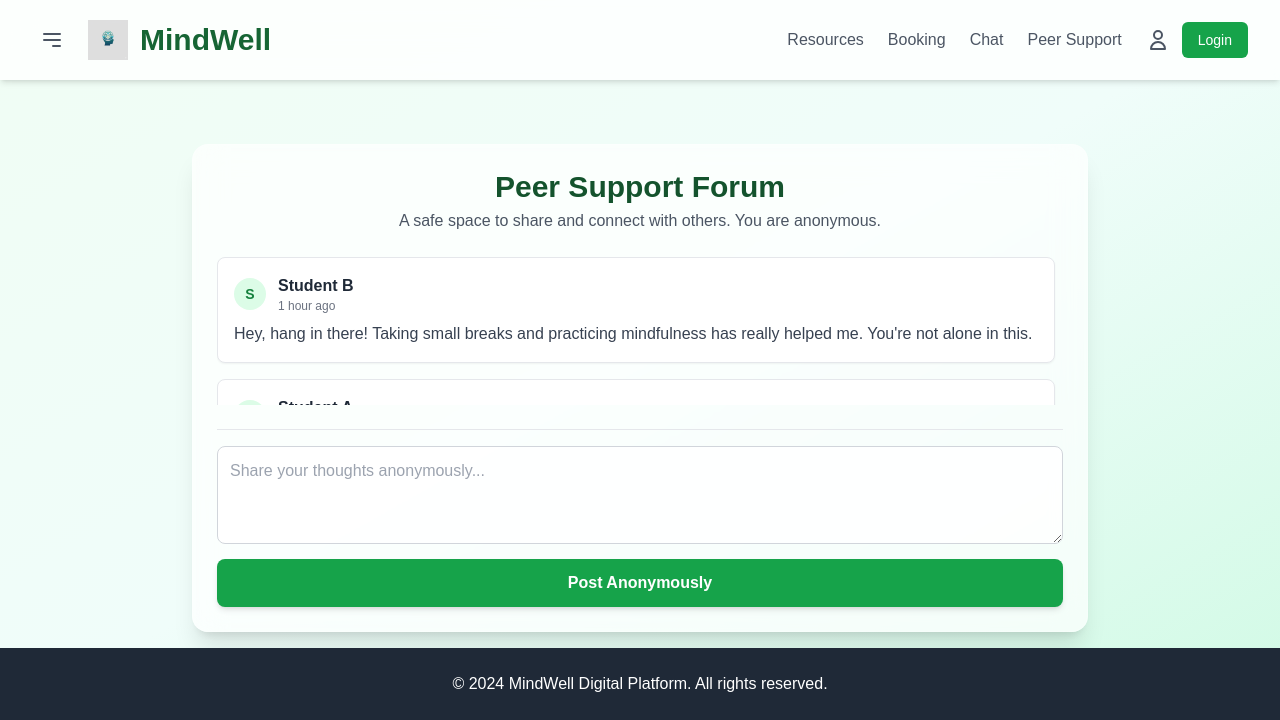
Repository: alokse24b01025/mentalhealth-project-sih-
Page: /peer-support (app in p1/)
These files come from the project's save history. The page is drawn as it stood at one moment and after the next save; the edit follows.
The browser window is 1280 px wide. The pictures show the whole page.
The project was rebuilt for these pictures with package versions that can differ from the ones it lists, and the page was loaded fresh each time. Also part of the build but not shown: p1/vite.config.js, p1/src/pages/HomePage.jsx, p1/src/components/Chatbot.jsx, p1/src/pages/ChatPage.jsx, p1/src/components/ResourceCard.jsx, p1/src/data/mockResources.js, p1/src/pages/ResourcesPage.jsx, p1/src/data/mockCounselors.js and 3 more.

Above is the page before, as saved 2025-09-10 12:40:05.

### p1/index.html
<!doctype html>
<html lang="en">
  <head>
    <meta charset="UTF-8" />
    <link rel="icon" type="image/svg+xml" href="/logo.png" />
    <meta name="viewport" content="width=device-width, initial-scale=1.0" />
    <title>MINDwell</title>
  </head>
  <body>
    <div id="root"></div>
    <script type="module" src="/src/main.jsx"></script>
  </body>
</html>

### p1/src/index.css
@tailwind base;
@tailwind components;
@tailwind utilities;

body {
  font-family: Arial, sans-serif;
  -webkit-font-smoothing: antialiased;
  -moz-osx-font-smoothing: grayscale;
}

### p1/src/pages/PeerSupportPage.jsx
import React from 'react';
import Header from '../components/Header';
import Footer from '../components/Footer';
import PeerSupport from '../components/PeerSupport';

const PeerSupportPage = () => {
  return (
    // This creates a full-height, vertical layout for the entire page
    <div className="h-screen flex flex-col bg-gradient-to-br from-green-50 via-teal-50 to-emerald-100">
      <Header />

      {/* This main section takes up all remaining space and centers its content */}
      <main className="flex-1 w-full flex flex-col items-center p-4 pt-36 overflow-hidden">

        {/* This container holds the Peer Support UI and fills the main area without overflowing */}
        <div className="w-full max-w-4xl flex-1 flex flex-col min-h-0">

          {/* The PeerSupport component will now be fully visible and fill the available space */}
          <PeerSupport />

        </div>
      </main>

      <Footer />
    </div>
  );
};

export default PeerSupportPage;

### p1/src/components/Header.jsx
import React, { useState, useRef, useEffect } from 'react';
import { Link, NavLink } from 'react-router-dom';
import logo from '../assets/logo.png';
import { useAuth } from '../AuthContext';

const Header = () => {
  const { currentUser, logout } = useAuth();
  const [isLoggingOut, setIsLoggingOut] = useState(false);
  const [isMenuOpen, setIsMenuOpen] = useState(false);
  const menuRef = useRef(null);

  // Effect to close the menu when clicking outside of it
  useEffect(() => {
    function handleClickOutside(event) {
      if (menuRef.current && !menuRef.current.contains(event.target)) {
        setIsMenuOpen(false);
      }
    }
    document.addEventListener("mousedown", handleClickOutside);
    return () => {
      document.removeEventListener("mousedown", handleClickOutside);
    };
  }, [menuRef]);

  const handleLogout = async () => {
    setIsLoggingOut(true);
    try {
      await logout();
      setIsMenuOpen(false);
    } catch (error) {
      console.error("Failed to log out:", error);
    } finally {
      setIsLoggingOut(false);
    }
  };

  const profileIcon = (
    <svg xmlns="http://www.w3.org/2000/svg" className="h-6 w-6" fill="none" viewBox="0 0 24" stroke="currentColor" strokeWidth={2}>
      <path strokeLinecap="round" strokeLinejoin="round" d="M16 7a4 4 0 11-8 0 4 4 0 018 0zM12 14a7 7 0 00-7 7h14a7 7 0 00-7-7z" />
    </svg>
  );

  const desktopLinkClass = "text-gray-600 hover:text-green-600 transition-colors";

  return (
    <header className="bg-white/80 backdrop-blur-lg shadow-md fixed top-0 w-full z-50">
      <div className="max-w-7xl mx-auto px-4 sm:px-6 lg:px-8">
        <div className="flex justify-between items-center h-20">

          {/* Left Side: Hamburger Menu, Logo, and Brand Name */}
          <div className="flex items-center gap-x-4">
            {/* Hamburger Button and Dropdown Menu (for future options) */}
            <div className="relative" ref={menuRef}>
              <button onClick={() => setIsMenuOpen(!isMenuOpen)} className="p-2 rounded-md text-gray-600 hover:bg-gray-100 focus:outline-none">
                <svg xmlns="http://www.w3.org/2000/svg" className="h-6 w-6" fill="none" viewBox="0 0 24 24" stroke="currentColor">
                  <path strokeLinecap="round" strokeLinejoin="round" strokeWidth={2} d="M4 6h16M4 12h16m-7 6h7" />
                </svg>
              </button>

              {/* Dropdown Menu Panel - Placeholder for now */}
              {isMenuOpen && (
                <div className="absolute top-14 left-0 w-64 bg-white/95 backdrop-blur-lg border border-gray-200 rounded-lg shadow-xl py-4 px-4">
                  <p className="text-center text-gray-500">More options will be added here soon.</p>
                </div>
              )}
            </div>

            {/* Logo and Brand */}
            <Link to="/" className="flex items-center gap-x-3">
              <img src={logo} alt="MindWell Logo" className="h-10 w-auto" />
              <span className="text-3xl font-bold text-green-800 hidden sm:block">MindWell</span>
            </Link>
          </div>

          {/* Right side: Nav Links and Auth Buttons */}
          <div className="flex items-center">
            {/* Desktop Navigation Links - hidden on small screens */}
            <nav className="hidden md:flex items-center space-x-6 mr-6">
              <NavLink to="/resources" className={desktopLinkClass}>Resources</NavLink>
              <NavLink to="/booking" className={desktopLinkClass}>Booking</NavLink>
              <NavLink to="/chat" className={desktopLinkClass}>Chat</NavLink>
              <NavLink to="/peer-support" className={desktopLinkClass}>Peer Support</NavLink>
            </nav>

            {/* Auth Buttons */}
            <div className="flex items-center space-x-3">
              {currentUser ? (
                <div className="flex items-center space-x-3">
                  <span className="text-gray-600">{profileIcon}</span>
                  <button onClick={handleLogout} disabled={isLoggingOut} className={`text-white px-4 py-2 text-sm rounded-md transition-colors ${isLoggingOut ? 'bg-red-300 cursor-not-allowed' : 'bg-red-500 hover:bg-red-600'}`}>
                    {isLoggingOut ? '...' : 'Logout'}
                  </button>
                </div>
              ) : (
                <div className="flex items-center space-x-3">
                  <Link to="/login" className="text-gray-600 hover:text-green-600">{profileIcon}</Link>
                  <Link to="/login" className="bg-green-600 text-white px-4 py-2 text-sm rounded-md hover:bg-green-700 transition-colors">Login</Link>
                </div>
              )}
            </div>
          </div>
        </div>
      </div>
    </header>
  );
};

export default Header;

### p1/src/components/Footer.jsx
import React from 'react';

const Footer = () => {
  return (
    <footer className="bg-gray-800 text-white p-6 text-center">
      <p>&copy; 2024 MindWell Digital Platform. All rights reserved.</p>
    </footer>
  );
};
export default Footer;

Loaded but not shown: p1/src/main.jsx (common file); p1/tailwind.config.js (common file); p1/src/firebase.js (18 lines, source omitted); p1/src/components/PeerSupport.jsx (101 lines, source omitted); p1/src/App.jsx (33 lines, source omitted); p1/src/AuthContext.jsx (48 lines, source omitted)

After the next save:
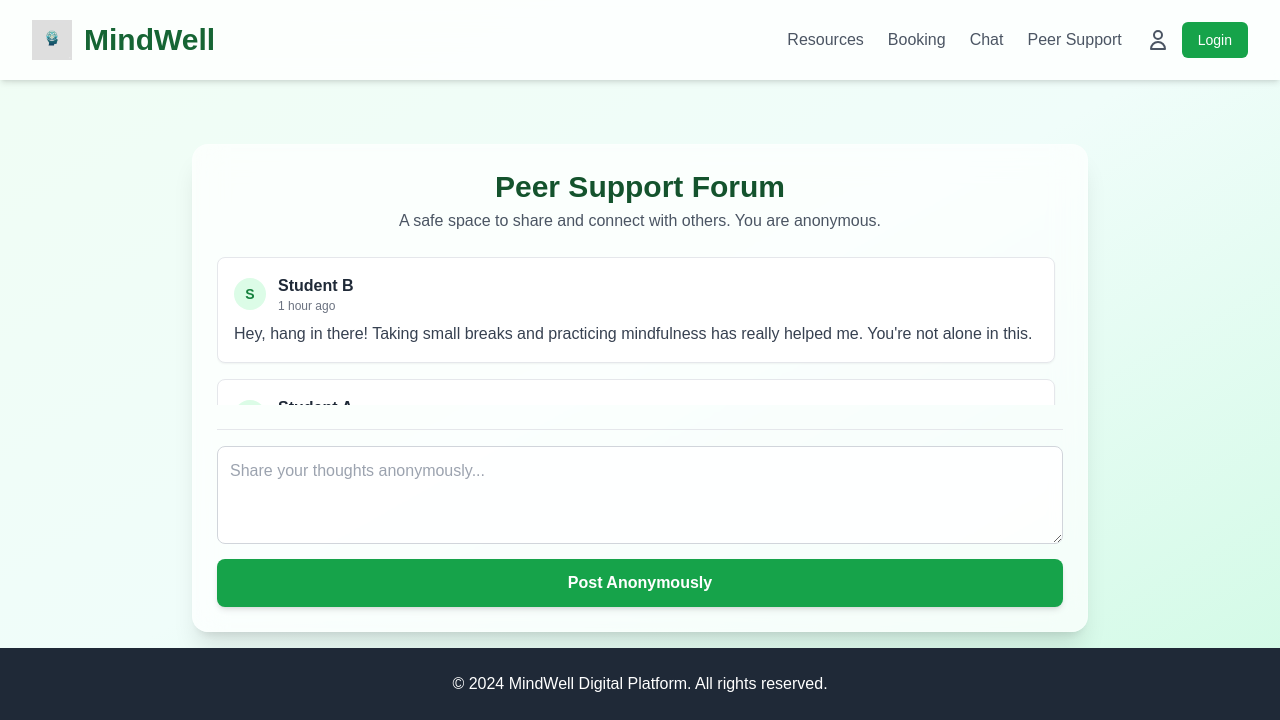
Saved 2 min 49 s later.
--- a/p1/src/components/Header.jsx
+++ b/p1/src/components/Header.jsx
@@ -6,10 +6,10 @@
 const Header = () => {
   const { currentUser, logout } = useAuth();
   const [isLoggingOut, setIsLoggingOut] = useState(false);
-  const [isMenuOpen, setIsMenuOpen] = useState(false);
+  const [isMenuOpen, setIsMenuOpen] = useState(false); // State for mobile menu
   const menuRef = useRef(null);
 
-  // Effect to close the menu when clicking outside of it
+  // Effect to close the mobile menu when clicking outside of it
   useEffect(() => {
     function handleClickOutside(event) {
       if (menuRef.current && !menuRef.current.contains(event.target)) {
@@ -17,16 +17,14 @@
       }
     }
     document.addEventListener("mousedown", handleClickOutside);
-    return () => {
-      document.removeEventListener("mousedown", handleClickOutside);
-    };
+    return () => document.removeEventListener("mousedown", handleClickOutside);
   }, [menuRef]);
 
   const handleLogout = async () => {
     setIsLoggingOut(true);
     try {
       await logout();
-      setIsMenuOpen(false);
+      setIsMenuOpen(false); // Close menu on logout
     } catch (error) {
       console.error("Failed to log out:", error);
     } finally {
@@ -40,50 +38,38 @@
     </svg>
   );
 
+  const NavLinks = ({ isMobile = false }) => (
+    <>
+      <NavLink to="/resources" className={isMobile ? mobileLinkClass : desktopLinkClass} onClick={() => setIsMenuOpen(false)}>Resources</NavLink>
+      <NavLink to="/booking" className={isMobile ? mobileLinkClass : desktopLinkClass} onClick={() => setIsMenuOpen(false)}>Booking</NavLink>
+      <NavLink to="/chat" className={isMobile ? mobileLinkClass : desktopLinkClass} onClick={() => setIsMenuOpen(false)}>Chat</NavLink>
+      <NavLink to="/peer-support" className={isMobile ? mobileLinkClass : desktopLinkClass} onClick={() => setIsMenuOpen(false)}>Peer Support</NavLink>
+    </>
+  );
+
   const desktopLinkClass = "text-gray-600 hover:text-green-600 transition-colors";
+  const mobileLinkClass = "block py-2 text-lg text-gray-700 hover:bg-green-50 rounded-md px-4";
 
   return (
     <header className="bg-white/80 backdrop-blur-lg shadow-md fixed top-0 w-full z-50">
       <div className="max-w-7xl mx-auto px-4 sm:px-6 lg:px-8">
         <div className="flex justify-between items-center h-20">
-
-          {/* Left Side: Hamburger Menu, Logo, and Brand Name */}
-          <div className="flex items-center gap-x-4">
-            {/* Hamburger Button and Dropdown Menu (for future options) */}
-            <div className="relative" ref={menuRef}>
-              <button onClick={() => setIsMenuOpen(!isMenuOpen)} className="p-2 rounded-md text-gray-600 hover:bg-gray-100 focus:outline-none">
-                <svg xmlns="http://www.w3.org/2000/svg" className="h-6 w-6" fill="none" viewBox="0 0 24 24" stroke="currentColor">
-                  <path strokeLinecap="round" strokeLinejoin="round" strokeWidth={2} d="M4 6h16M4 12h16m-7 6h7" />
-                </svg>
-              </button>
-
-              {/* Dropdown Menu Panel - Placeholder for now */}
-              {isMenuOpen && (
-                <div className="absolute top-14 left-0 w-64 bg-white/95 backdrop-blur-lg border border-gray-200 rounded-lg shadow-xl py-4 px-4">
-                  <p className="text-center text-gray-500">More options will be added here soon.</p>
-                </div>
-              )}
-            </div>
-
-            {/* Logo and Brand */}
+          {/* Left Side: Logo and Brand Name */}
+          <div className="flex-shrink-0">
             <Link to="/" className="flex items-center gap-x-3">
               <img src={logo} alt="MindWell Logo" className="h-10 w-auto" />
-              <span className="text-3xl font-bold text-green-800 hidden sm:block">MindWell</span>
+              <span className="text-3xl font-bold text-green-800">MindWell</span>
             </Link>
           </div>
 
-          {/* Right side: Nav Links and Auth Buttons */}
+          {/* Right side: Desktop Nav, Auth Buttons & Mobile Menu Button */}
           <div className="flex items-center">
-            {/* Desktop Navigation Links - hidden on small screens */}
+            {/* Desktop Navigation */}
             <nav className="hidden md:flex items-center space-x-6 mr-6">
-              <NavLink to="/resources" className={desktopLinkClass}>Resources</NavLink>
-              <NavLink to="/booking" className={desktopLinkClass}>Booking</NavLink>
-              <NavLink to="/chat" className={desktopLinkClass}>Chat</NavLink>
-              <NavLink to="/peer-support" className={desktopLinkClass}>Peer Support</NavLink>
+              <NavLinks />
             </nav>
-
-            {/* Auth Buttons */}
-            <div className="flex items-center space-x-3">
+            {/* Desktop Auth Buttons */}
+            <div className="hidden md:flex items-center space-x-3">
               {currentUser ? (
                 <div className="flex items-center space-x-3">
                   <span className="text-gray-600">{profileIcon}</span>
@@ -98,6 +84,40 @@
                 </div>
               )}
             </div>
+
+            {/* Mobile Menu (Hamburger) Button */}
+            <div className="md:hidden" ref={menuRef}>
+              <button onClick={() => setIsMenuOpen(!isMenuOpen)} className="p-2 rounded-md text-gray-600 hover:bg-gray-100 focus:outline-none">
+                <svg xmlns="http://www.w3.org/2000/svg" className="h-6 w-6" fill="none" viewBox="0 0 24" stroke="currentColor">
+                  <path strokeLinecap="round" strokeLinejoin="round" strokeWidth={2} d={isMenuOpen ? "M6 18L18 6M6 6l12 12" : "M4 6h16M4 12h16m-7 6h7"} />
+                </svg>
+              </button>
+              {/* Mobile Menu Panel */}
+              {isMenuOpen && (
+                <div className="absolute top-20 right-4 w-64 bg-white/95 backdrop-blur-lg border border-gray-200 rounded-lg shadow-xl py-2">
+                  <div className="px-2 pt-2 pb-3 space-y-1 sm:px-3">
+                    <NavLinks isMobile={true} />
+                    <div className="border-t border-gray-200 mt-4 pt-4">
+                      {currentUser ? (
+                        <div className="flex items-center justify-between px-4">
+                           <div className="flex items-center gap-2">
+                            <span className="text-gray-600">{profileIcon}</span>
+                            <span className="text-base font-medium text-gray-700">Profile</span>
+                          </div>
+                          <button onClick={handleLogout} disabled={isLoggingOut} className={`text-white px-4 py-2 text-sm rounded-md transition-colors ${isLoggingOut ? 'bg-red-300 cursor-not-allowed' : 'bg-red-500 hover:bg-red-600'}`}>
+                            {isLoggingOut ? '...' : 'Logout'}
+                          </button>
+                        </div>
+                      ) : (
+                        <Link to="/login" onClick={() => setIsMenuOpen(false)} className="flex items-center justify-center bg-green-600 text-white px-4 py-2 text-base rounded-md hover:bg-green-700 transition-colors">
+                          Login
+                        </Link>
+                      )}
+                    </div>
+                  </div>
+                </div>
+              )}
+            </div>
           </div>
         </div>
       </div>

After the save that followed:
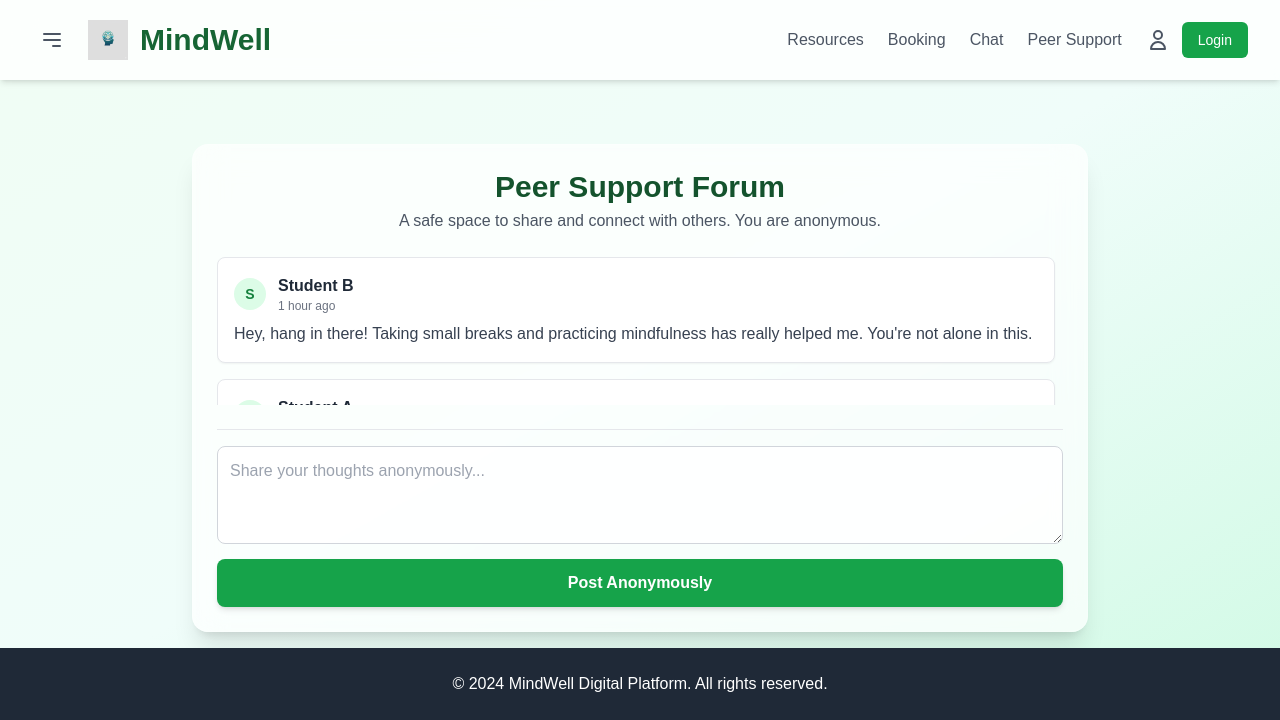
Saved 11 s later.
--- a/p1/src/components/Header.jsx
+++ b/p1/src/components/Header.jsx
@@ -6,10 +6,10 @@
 const Header = () => {
   const { currentUser, logout } = useAuth();
   const [isLoggingOut, setIsLoggingOut] = useState(false);
-  const [isMenuOpen, setIsMenuOpen] = useState(false); // State for mobile menu
+  const [isMenuOpen, setIsMenuOpen] = useState(false);
   const menuRef = useRef(null);
 
-  // Effect to close the mobile menu when clicking outside of it
+  // Effect to close the menu when clicking outside of it
   useEffect(() => {
     function handleClickOutside(event) {
       if (menuRef.current && !menuRef.current.contains(event.target)) {
@@ -17,14 +17,16 @@
       }
     }
     document.addEventListener("mousedown", handleClickOutside);
-    return () => document.removeEventListener("mousedown", handleClickOutside);
+    return () => {
+      document.removeEventListener("mousedown", handleClickOutside);
+    };
   }, [menuRef]);
 
   const handleLogout = async () => {
     setIsLoggingOut(true);
     try {
       await logout();
-      setIsMenuOpen(false); // Close menu on logout
+      setIsMenuOpen(false);
     } catch (error) {
       console.error("Failed to log out:", error);
     } finally {
@@ -38,38 +40,50 @@
     </svg>
   );
 
-  const NavLinks = ({ isMobile = false }) => (
-    <>
-      <NavLink to="/resources" className={isMobile ? mobileLinkClass : desktopLinkClass} onClick={() => setIsMenuOpen(false)}>Resources</NavLink>
-      <NavLink to="/booking" className={isMobile ? mobileLinkClass : desktopLinkClass} onClick={() => setIsMenuOpen(false)}>Booking</NavLink>
-      <NavLink to="/chat" className={isMobile ? mobileLinkClass : desktopLinkClass} onClick={() => setIsMenuOpen(false)}>Chat</NavLink>
-      <NavLink to="/peer-support" className={isMobile ? mobileLinkClass : desktopLinkClass} onClick={() => setIsMenuOpen(false)}>Peer Support</NavLink>
-    </>
-  );
-
   const desktopLinkClass = "text-gray-600 hover:text-green-600 transition-colors";
-  const mobileLinkClass = "block py-2 text-lg text-gray-700 hover:bg-green-50 rounded-md px-4";
 
   return (
     <header className="bg-white/80 backdrop-blur-lg shadow-md fixed top-0 w-full z-50">
       <div className="max-w-7xl mx-auto px-4 sm:px-6 lg:px-8">
         <div className="flex justify-between items-center h-20">
-          {/* Left Side: Logo and Brand Name */}
-          <div className="flex-shrink-0">
+
+          {/* Left Side: Hamburger Menu, Logo, and Brand Name */}
+          <div className="flex items-center gap-x-4">
+            {/* Hamburger Button and Dropdown Menu (for future options) */}
+            <div className="relative" ref={menuRef}>
+              <button onClick={() => setIsMenuOpen(!isMenuOpen)} className="p-2 rounded-md text-gray-600 hover:bg-gray-100 focus:outline-none">
+                <svg xmlns="http://www.w3.org/2000/svg" className="h-6 w-6" fill="none" viewBox="0 0 24 24" stroke="currentColor">
+                  <path strokeLinecap="round" strokeLinejoin="round" strokeWidth={2} d="M4 6h16M4 12h16m-7 6h7" />
+                </svg>
+              </button>
+
+              {/* Dropdown Menu Panel - Placeholder for now */}
+              {isMenuOpen && (
+                <div className="absolute top-14 left-0 w-64 bg-white/95 backdrop-blur-lg border border-gray-200 rounded-lg shadow-xl py-4 px-4">
+                  <p className="text-center text-gray-500">More options will be added here soon.</p>
+                </div>
+              )}
+            </div>
+
+            {/* Logo and Brand */}
             <Link to="/" className="flex items-center gap-x-3">
               <img src={logo} alt="MindWell Logo" className="h-10 w-auto" />
-              <span className="text-3xl font-bold text-green-800">MindWell</span>
+              <span className="text-3xl font-bold text-green-800 hidden sm:block">MindWell</span>
             </Link>
           </div>
 
-          {/* Right side: Desktop Nav, Auth Buttons & Mobile Menu Button */}
+          {/* Right side: Nav Links and Auth Buttons */}
           <div className="flex items-center">
-            {/* Desktop Navigation */}
+            {/* Desktop Navigation Links - hidden on small screens */}
             <nav className="hidden md:flex items-center space-x-6 mr-6">
-              <NavLinks />
+              <NavLink to="/resources" className={desktopLinkClass}>Resources</NavLink>
+              <NavLink to="/booking" className={desktopLinkClass}>Booking</NavLink>
+              <NavLink to="/chat" className={desktopLinkClass}>Chat</NavLink>
+              <NavLink to="/peer-support" className={desktopLinkClass}>Peer Support</NavLink>
             </nav>
-            {/* Desktop Auth Buttons */}
-            <div className="hidden md:flex items-center space-x-3">
+
+            {/* Auth Buttons */}
+            <div className="flex items-center space-x-3">
               {currentUser ? (
                 <div className="flex items-center space-x-3">
                   <span className="text-gray-600">{profileIcon}</span>
@@ -84,40 +98,6 @@
                 </div>
               )}
             </div>
-
-            {/* Mobile Menu (Hamburger) Button */}
-            <div className="md:hidden" ref={menuRef}>
-              <button onClick={() => setIsMenuOpen(!isMenuOpen)} className="p-2 rounded-md text-gray-600 hover:bg-gray-100 focus:outline-none">
-                <svg xmlns="http://www.w3.org/2000/svg" className="h-6 w-6" fill="none" viewBox="0 0 24" stroke="currentColor">
-                  <path strokeLinecap="round" strokeLinejoin="round" strokeWidth={2} d={isMenuOpen ? "M6 18L18 6M6 6l12 12" : "M4 6h16M4 12h16m-7 6h7"} />
-                </svg>
-              </button>
-              {/* Mobile Menu Panel */}
-              {isMenuOpen && (
-                <div className="absolute top-20 right-4 w-64 bg-white/95 backdrop-blur-lg border border-gray-200 rounded-lg shadow-xl py-2">
-                  <div className="px-2 pt-2 pb-3 space-y-1 sm:px-3">
-                    <NavLinks isMobile={true} />
-                    <div className="border-t border-gray-200 mt-4 pt-4">
-                      {currentUser ? (
-                        <div className="flex items-center justify-between px-4">
-                           <div className="flex items-center gap-2">
-                            <span className="text-gray-600">{profileIcon}</span>
-                            <span className="text-base font-medium text-gray-700">Profile</span>
-                          </div>
-                          <button onClick={handleLogout} disabled={isLoggingOut} className={`text-white px-4 py-2 text-sm rounded-md transition-colors ${isLoggingOut ? 'bg-red-300 cursor-not-allowed' : 'bg-red-500 hover:bg-red-600'}`}>
-                            {isLoggingOut ? '...' : 'Logout'}
-                          </button>
-                        </div>
-                      ) : (
-                        <Link to="/login" onClick={() => setIsMenuOpen(false)} className="flex items-center justify-center bg-green-600 text-white px-4 py-2 text-base rounded-md hover:bg-green-700 transition-colors">
-                          Login
-                        </Link>
-                      )}
-                    </div>
-                  </div>
-                </div>
-              )}
-            </div>
           </div>
         </div>
       </div>
